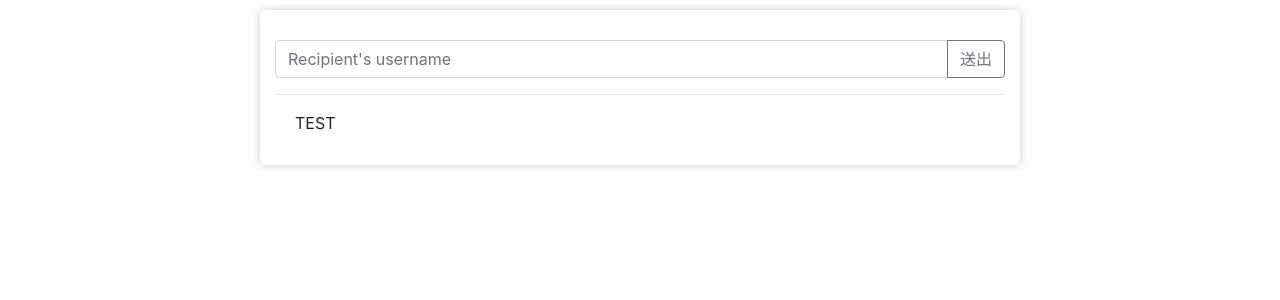
Repository: iian0910/vue3_todoList
Page: /
The author's editor kept a copy of each file at every save. The page is drawn from the files as they stood at one save, then again after the next save.
The browser window is 1280 px wide. The pictures show the whole page.
The project was rebuilt for these pictures with package versions that can differ from the ones it lists, and the page was loaded fresh each time.

Above is the page before, as saved 2021-02-23 16:06:16.

After the next save:
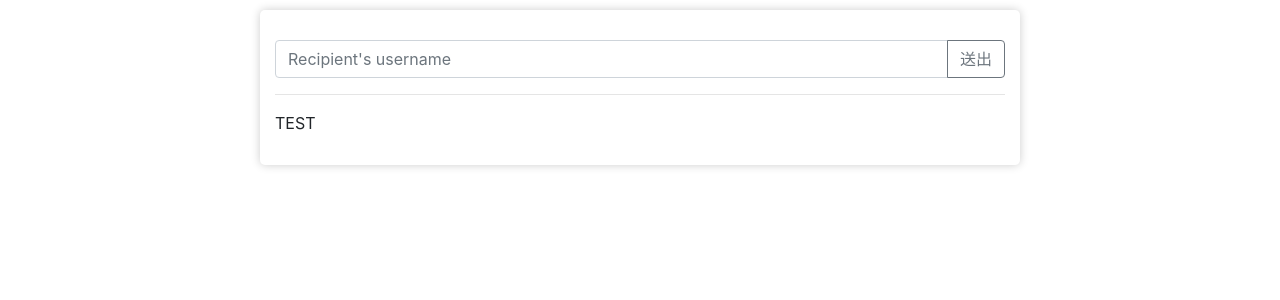
Saved 23 s later.
--- a/src/components/TodoList.vue
+++ b/src/components/TodoList.vue
@@ -21,9 +21,7 @@
         <!-- List 展示 -->
         <ul class="list">
           <li class="list-item" v-for="(todo, index) in todoList" :key="index">
-            <div class="form-check">
-              <label class="form-check-label">{{todo.title}}</label>
-            </div>
+            <label class="form-check-label">{{todo.title}}</label>
           </li>
         </ul>
         <!---->
